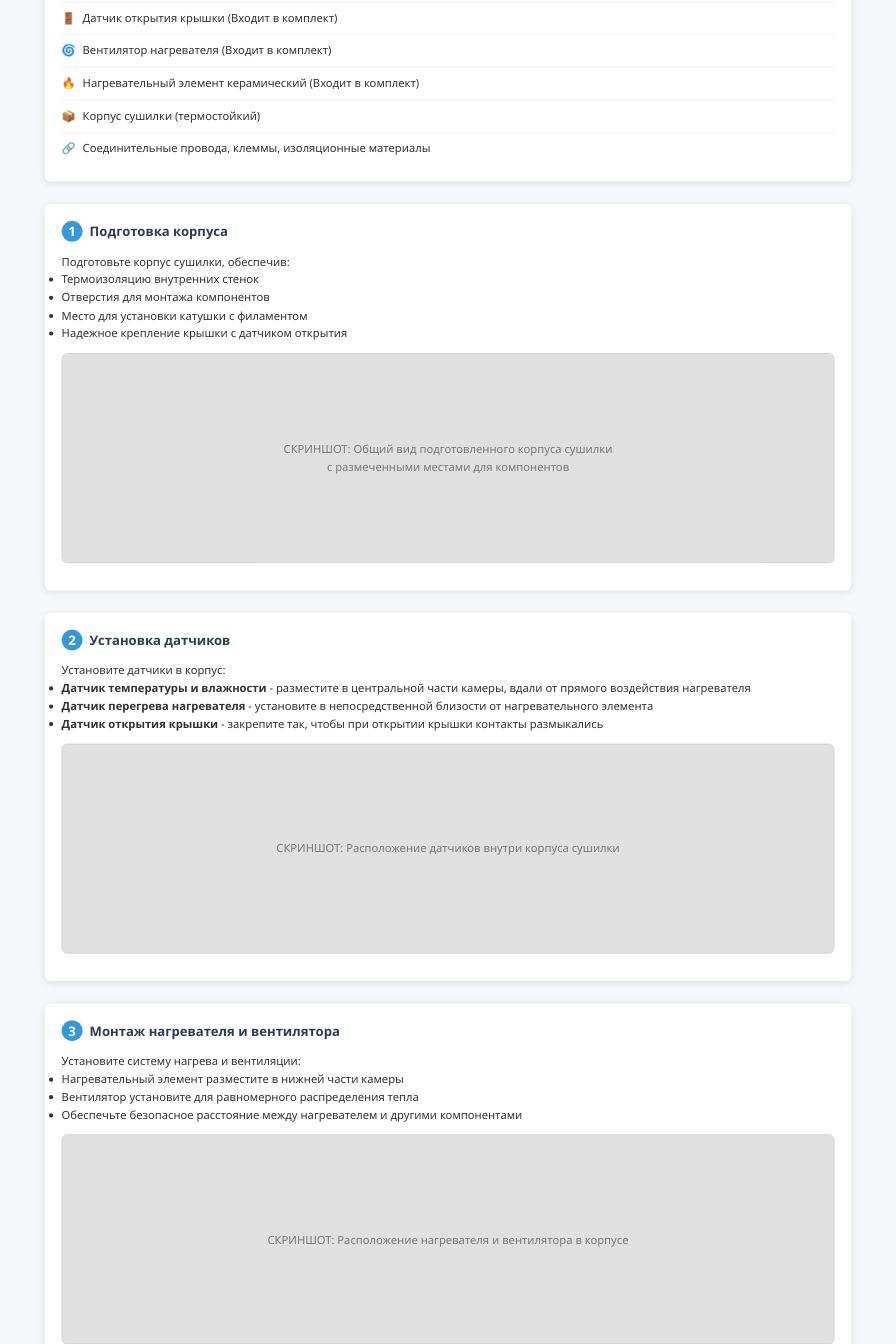
Repository: NikElectronics/MyDryerBot
Page: controller.html
An editor plug-in stored every save of this project. The page is shown before and after the next save, followed by the edit.
The browser window is 1280 px wide. The pictures show the part of the page from y = 409 to 2329 px (the page is 5986 px tall before and 6316 px after), at 70% of full size.

Above is the page before, as saved 2025-10-28 06:27:27.

After the next save:
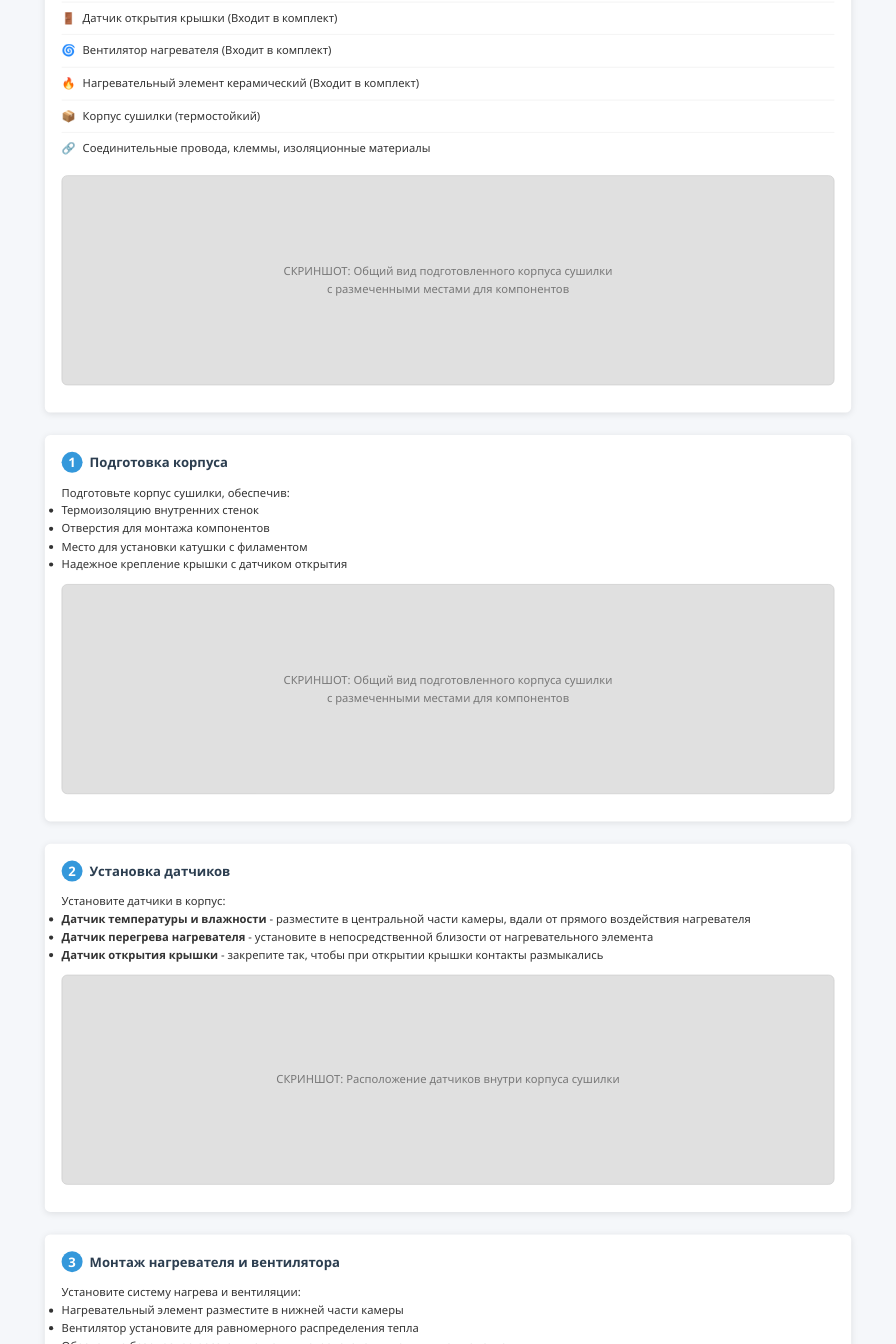
Saved 108 min 3 s later.
--- a/controller.html
+++ b/controller.html
@@ -329,6 +329,12 @@
                 <li><span class="component-icon">📦</span> Корпус сушилки (термостойкий)</li>
                 <li><span class="component-icon">🔗</span> Соединительные провода, клеммы, изоляционные материалы</li>
             </ul>
+                        <div class="screenshot">
+                <div class="screenshot-placeholder">
+                    <p>СКРИНШОТ: Общий вид подготовленного корпуса сушилки</p>
+                    <p>с размеченными местами для компонентов</p>
+                </div>
+            </div>
         </section>
 
         <section id="step1" class="step">
